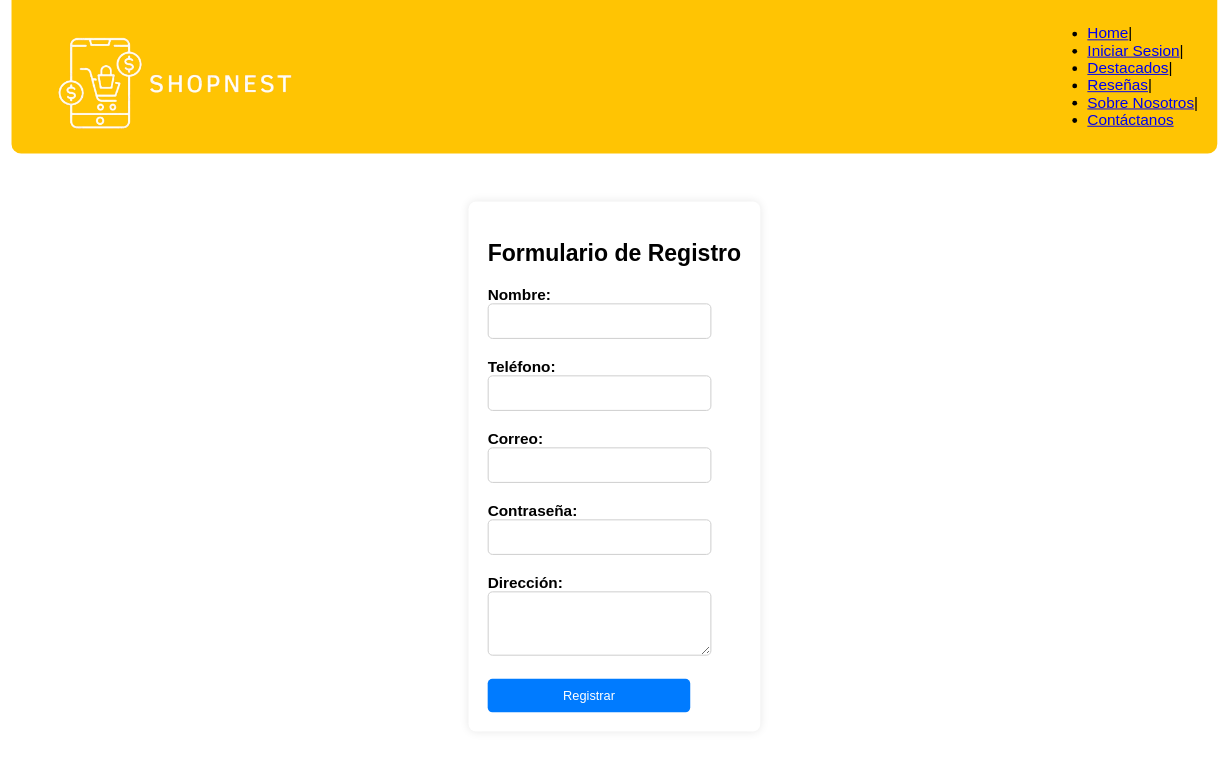
Repository: Regmalek07/ProyectoU
Page: registro.html
These files come from the project's save history. The page is drawn as it stood at one moment and after the next save; the edit follows.
The browser window is 1280 px wide. The pictures show the whole page, at 96% of full size.

Above is the page before, as saved 2024-04-29 14:45:00.

### registro.html
<!DOCTYPE html>
<html lang="es">
<head>
  <meta charset="UTF-8">
  <meta name="viewport" content="width=device-width, initial-scale=1.0">
  <title>Formulario de Registro</title>
  <link rel="stylesheet" href="styles/styles4.css">
</head>
<body>
  <header>
    <div class="logo">
      <a href="home.html">
        <img src="images/Logo_1.png" alt="LogoShop">
      </a>
    </div>
    <nav>
      <ul>
          <li><a href="home.html">Home</a><span>|</span></li>
          <li><a href="inicio_sesion.html">Iniciar Sesion</a><span>|</span></li>
          <li><a href="destacado.html">Destacados</a><span>|</span></li>
          <li><a href="resenas.html">Reseñas</a><span>|</span></li>
          <li><a href="sobre_nosotros.html">Sobre Nosotros</a><span>|</span></li>
          <li><a href="contacto.html">Contáctanos</a></li>
      </ul>
  </nav>
  </header>
  <div class="container">
    <h2>Formulario de Registro</h2>
    <form action="http://localhost:3000/usuarios" method="POST" id="registration-form">
      <div class="form-group">
        <label for="nombre">Nombre:</label>
        <input type="text" id="nombre" name="nombre" required>
      </div>
      <div class="form-group">
        <label for="telefono">Teléfono:</label>
        <input type="tel" id="telefono" name="telefono" pattern="[0-9]+" inputmode="numeric" required>
      </div>
      <div class="form-group">
        <label for="correo">Correo:</label>
        <input type="email" id="correo" name="correo" required>
      </div>
      <div class="form-group">
        <label for="contrasena">Contraseña:</label>
        <input type="password" id="contrasena" name="contrasena" required>
      </div>
      <div class="form-group">
        <label for="direccion">Dirección:</label>
        <textarea id="direccion" name="direccion" rows="3" required></textarea>
      </div>
      <button type="submit">Registrar</button>
    </form>
  </div>
  <script src="backend.js"></script>
</body>
</html>

### styles/styles4.css
body {
    font-family: Arial, sans-serif;
    margin: 0;
    padding: 0;
    display: flex;
    flex-direction: column;
    align-items: center;
}

  .container {
    max-width: 500px;
    margin: 50px auto;
    padding: 20px;
    background-color: #fff;
    border-radius: 8px;
    box-shadow: 0 0 10px rgba(0, 0, 0, 0.1);
  }

  h2 {
    text-align: center;
  }

  header {
    background-color: #ffc403;
    padding: 20px;
    display: flex;
    justify-content: space-between;
    align-items: center;
    max-height: 120px;
    width: 95%;
    border-bottom-left-radius: 10px;
    border-bottom-right-radius: 10px;
}

.logo img {
    width: 300px; /* Ajusta el tamaño de tu logo según sea necesario */
}


  .form-group {
    margin-bottom: 20px;
  }

  label {
    display: block;
    font-weight: bold;
  }

  input[type="text"],
  input[type="tel"],
  input[type="email"],
  input[type="password"],
  textarea {
    width: 80%;
    padding: 10px;
    border: 1px solid #ccc;
    border-radius: 5px;
  }

  button[type="submit"] {
    width: 80%;
    padding: 10px;
    background-color: #007bff;
    color: #fff;
    border: none;
    border-radius: 5px;
    cursor: pointer;
    transition: background-color 0.3s;
  }

  button[type="submit"]:hover {
    background-color: #0056b3;
  }

### backend.js
document.getElementById("registration-form").addEventListener("submit", function(event) {
    event.preventDefault(); // Evitar el envío del formulario por defecto

    var formData = new FormData(this); // Obtener los datos del formulario

    // Convertir los datos del formulario a un objeto JSON
    var jsonData = {};
    formData.forEach(function(value, key) {
        jsonData[key] = value;
    });

    // Validar longitud de contraseña
    var password = formData.get('contrasena');
    if (password.length < 6) {
        alert('La contraseña debe tener al menos 6 caracteres.');
        return; // Detener el envío del formulario si la contraseña es demasiado corta
    }

    // Verificar si el correo electrónico ya está registrado
    fetch('http://localhost:3000/usuarios?correo=' + encodeURIComponent(jsonData.correo))
    .then(response => response.json())
    .then(data => {
        if (data.length > 0) {
            // El correo electrónico ya está registrado, mostrar mensaje de error
            alert('El correo electrónico ya está registrado.');
        } else {
            // El correo electrónico no está registrado, enviar datos al servidor para el registro
            fetch('http://localhost:3000/usuarios', {
                method: 'POST',
                headers: {
                    'Content-Type': 'application/json',
                },
                body: JSON.stringify(jsonData),
            })
            .then(response => response.json())
            .then(data => {
                alert('¡Registro completado!');
                // Redirigir a la página de inicio
                window.location.href = 'inicio_sesion.html';
            })
            .catch((error) => {
                console.error('Error al enviar datos de registro:', error);
            });
        }
    })
    .catch((error) => {
        console.error('Error al verificar correo electrónico:', error);
    });
});

After the next save:
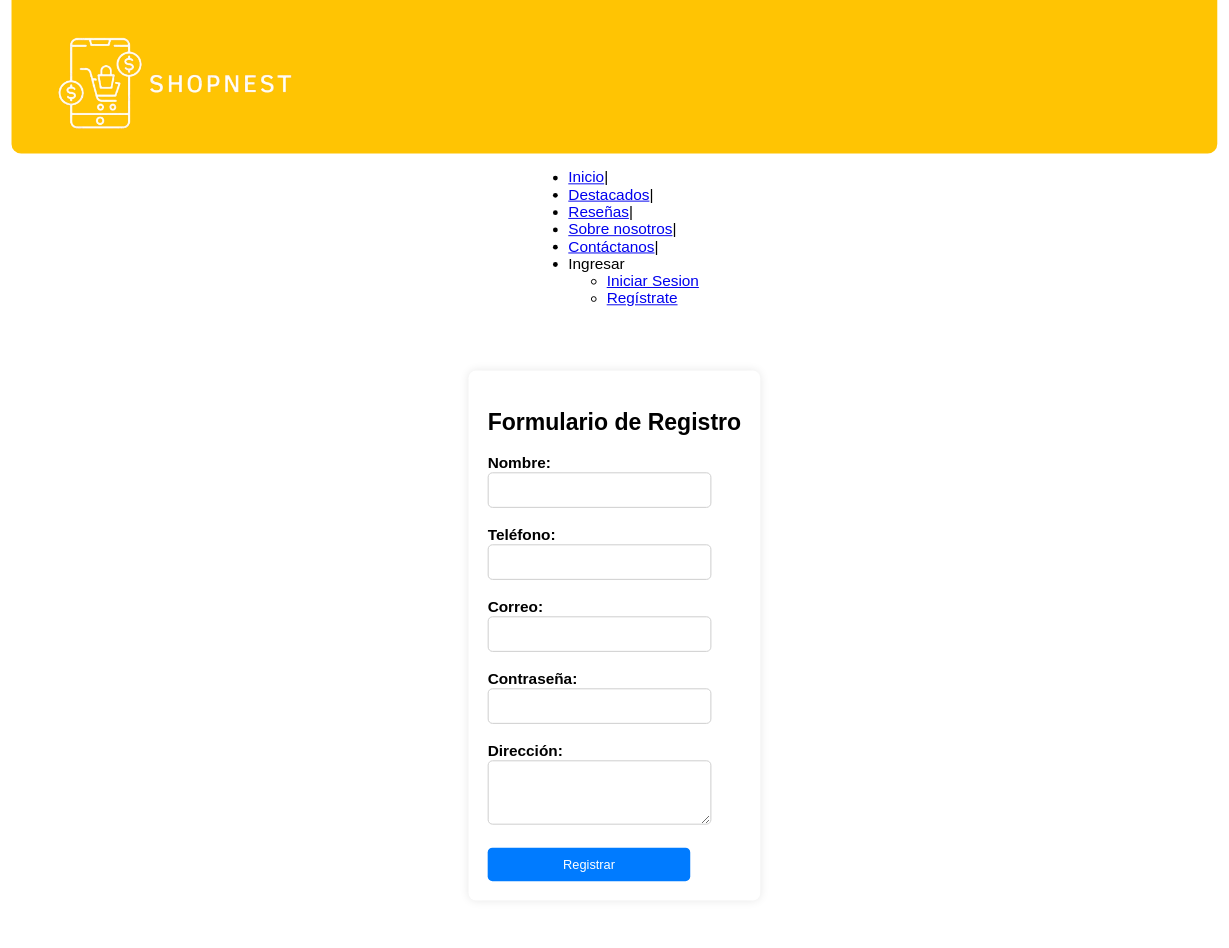
Saved 2 min 18 s later.
--- a/registro.html
+++ b/registro.html
@@ -1,55 +1,63 @@
 <!DOCTYPE html>
-<html lang="es">
-<head>
-  <meta charset="UTF-8">
-  <meta name="viewport" content="width=device-width, initial-scale=1.0">
-  <title>Formulario de Registro</title>
-  <link rel="stylesheet" href="styles/styles4.css">
-</head>
-<body>
-  <header>
-    <div class="logo">
-      <a href="home.html">
-        <img src="images/Logo_1.png" alt="LogoShop">
-      </a>
+<html>
+  <head lang="es">
+    <meta charset="UTF-8">
+    <meta name="viewport" content="width=device-width, initial-scale=1.0">
+    <title>Formulario de Registro</title>
+    <link rel="stylesheet" href="styles/styles4.css">
+  </head>
+  <body>
+    <header>
+      <div class="logo">
+        <a href="home.html">
+          <img src="images/Logo_1.png" alt="LogoShop">
+        </a>
+      </div>
+    </header>
+    <div class="menu-container">
+      <nav>
+          <ul>
+              <li><a href="home.html">Inicio</a><span>|</span></li>
+              <li><a href="destacado.html">Destacados</a><span>|</span></li>
+              <li><a href="resena.html">Reseñas</a><span>|</span></li>
+              <li><a href="sobre_nosotros.html">Sobre nosotros</a><span>|</span></li>
+              <li><a href="contacto.html">Contáctanos</a><span>|</span></li>
+              <li class="menu"> <!-- Cambia la clase a "menu" -->
+                  <a>Ingresar</a>
+                  <ul>
+                      <li><a href="inicio_sesion.html">Iniciar Sesion</a></li>
+                      <li><a href="registro.html">Regístrate</a></li>
+                  </ul>
+              </li>
+          </ul>
+      </nav>
     </div>
-    <nav>
-      <ul>
-          <li><a href="home.html">Home</a><span>|</span></li>
-          <li><a href="inicio_sesion.html">Iniciar Sesion</a><span>|</span></li>
-          <li><a href="destacado.html">Destacados</a><span>|</span></li>
-          <li><a href="resenas.html">Reseñas</a><span>|</span></li>
-          <li><a href="sobre_nosotros.html">Sobre Nosotros</a><span>|</span></li>
-          <li><a href="contacto.html">Contáctanos</a></li>
-      </ul>
-  </nav>
-  </header>
-  <div class="container">
-    <h2>Formulario de Registro</h2>
-    <form action="http://localhost:3000/usuarios" method="POST" id="registration-form">
-      <div class="form-group">
-        <label for="nombre">Nombre:</label>
-        <input type="text" id="nombre" name="nombre" required>
-      </div>
-      <div class="form-group">
-        <label for="telefono">Teléfono:</label>
-        <input type="tel" id="telefono" name="telefono" pattern="[0-9]+" inputmode="numeric" required>
-      </div>
-      <div class="form-group">
-        <label for="correo">Correo:</label>
-        <input type="email" id="correo" name="correo" required>
-      </div>
-      <div class="form-group">
-        <label for="contrasena">Contraseña:</label>
-        <input type="password" id="contrasena" name="contrasena" required>
-      </div>
-      <div class="form-group">
-        <label for="direccion">Dirección:</label>
-        <textarea id="direccion" name="direccion" rows="3" required></textarea>
-      </div>
-      <button type="submit">Registrar</button>
-    </form>
-  </div>
-  <script src="backend.js"></script>
-</body>
+    <div class="container">
+      <h2>Formulario de Registro</h2>
+      <form action="http://localhost:3000/usuarios" method="POST" id="registration-form">
+        <div class="form-group">
+          <label for="nombre">Nombre:</label>
+          <input type="text" id="nombre" name="nombre" required>
+        </div>
+        <div class="form-group">
+          <label for="telefono">Teléfono:</label>
+          <input type="tel" id="telefono" name="telefono" pattern="[0-9]+" inputmode="numeric" required>
+        </div>
+        <div class="form-group">
+          <label for="correo">Correo:</label>
+          <input type="email" id="correo" name="correo" required>
+        </div>
+        <div class="form-group">
+          <label for="contrasena">Contraseña:</label>
+          <input type="password" id="contrasena" name="contrasena" required>
+        </div>
+        <div class="form-group">
+          <label for="direccion">Dirección:</label>
+          <textarea id="direccion" name="direccion" rows="3" required></textarea>
+        </div>
+        <button type="submit">Registrar</button>
+      </form>
+    </div>
+    <script src="backend.js"></script>
+  </body>
 </html>
